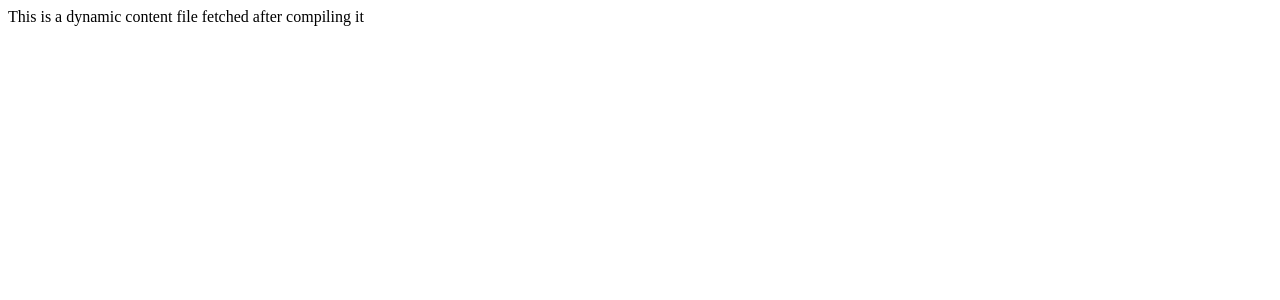
Repository: supadhyaya/JSP
Page: http://localhost/Deployment/includerExample.jsp
The author's editor kept a copy of each file at every save. The page is drawn from the files as they stood at one save, then again after the next save.
The browser window is 1280 px wide. The pictures show the whole page.
The page is served by Tomcat 9.

Above is the page before, as saved 2014-11-25 15:30:07.

After the next save:
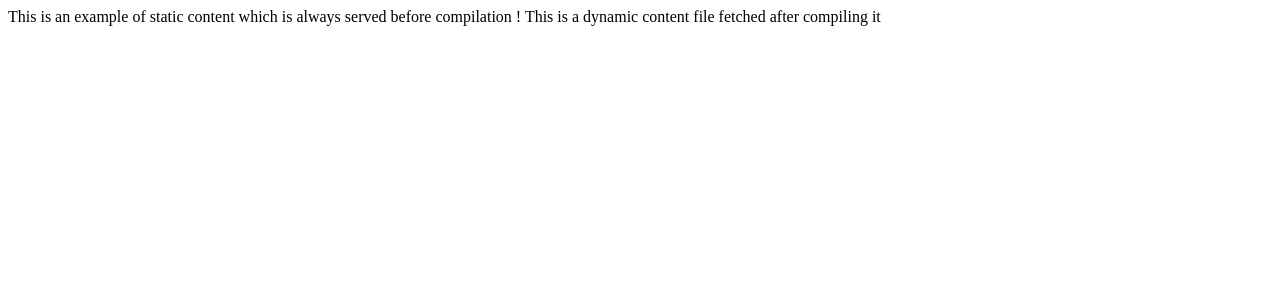
Saved 10 s later.
--- a/Deployment/WebContent/includerExample.jsp
+++ b/Deployment/WebContent/includerExample.jsp
@@ -9,9 +9,10 @@
 <body>
 
 
-<%@ include file ="/dynamicContent.txt" %>
+<%@ include file ="/staticContent.txt" %>
 
 
+<jsp:include page="/dynamicContent.txt" />
 
 
 </body>
